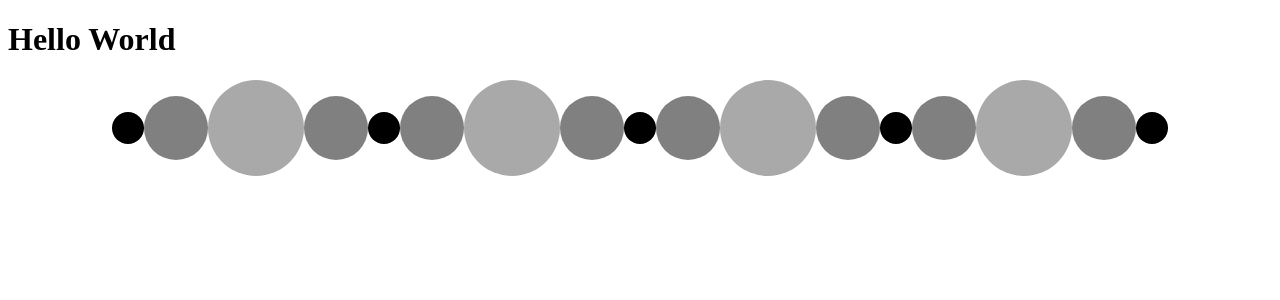
Repository: sarahlochhead/css-demo
Page: index.html
These files come from the project's save history. The page is drawn as it stood at one moment and after the next save; the edit follows.
The browser window is 1280 px wide. The pictures show the whole page.

Above is the page before, as saved 2023-04-28 12:31:12.

### index.html
<!DOCTYPE html>
<html lang="en">
<head>
    <meta charset="UTF-8">
    <meta http-equiv="X-UA-Compatible" content="IE=edge">
    <meta name="viewport" content="width=device-width, initial-scale=1.0">
    <title>Light It Up Demo</title>
    <link rel="stylesheet" href="styles.css">
</head>
<body>
    <header>
        <h1>Hello World</h1>
    </header>
    <div class="row">
        <div class="small"></div>
        <div class="medium"></div>
        <div class="large"></div>
        <div class="medium"></div>
        <div class="small"></div>
        <div class="medium"></div>
        <div class="large"></div>
        <div class="medium"></div>
        <div class="small"></div>
        <div class="medium"></div>
        <div class="large"></div>
        <div class="medium"></div>
        <div class="small"></div>
        <div class="medium"></div>
        <div class="large"></div>
        <div class="medium"></div>
        <div class="small"></div>
    </div>










</body>
</html>

### styles.css
@charset "utf-8";

/* h1 {
    position: absolute;
    top: 50%;
    font-size: 5rem;
    margin: 0 auto;
} */
.row {
    display: flex;
    justify-content: center;
    align-items: center;
    flex-wrap: wrap;
}

.small {
    height: 2rem;
    width: 2rem;
    border-radius: 100%;
    background-color: black;
}

.medium {
    height: 4rem;
    width: 4rem;
    border-radius: 100%;
    background-color: grey;
}

.large {
    height: 6rem;
    width: 6rem;
    border-radius: 100%;
    background-color: darkgray;
}

After the next save:
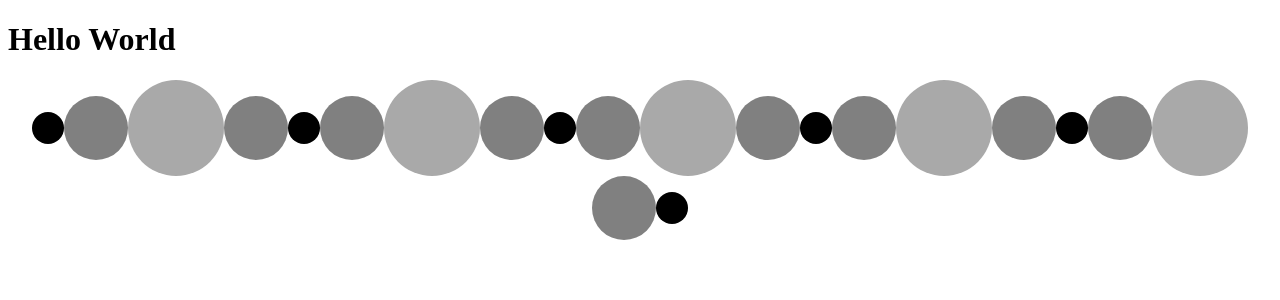
Saved 28 s later.
--- a/index.html
+++ b/index.html
@@ -29,6 +29,10 @@
         <div class="large"></div>
         <div class="medium"></div>
         <div class="small"></div>
+        <div class="medium"></div>
+        <div class="large"></div>
+        <div class="medium"></div>
+        <div class="small"></div>
     </div>
 
 
